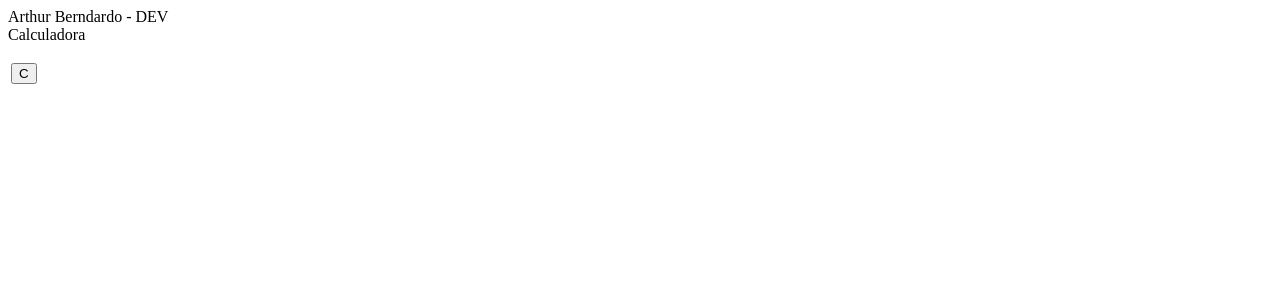
Repository: oThurDev/calculadora
Page: calculadora.html
These files come from the project's save history. The page is drawn as it stood at one moment and after the next save; the edit follows.
The browser window is 1280 px wide. The pictures show the whole page.

Above is the page before, as saved 2022-02-25 15:15:16.

After the next save:
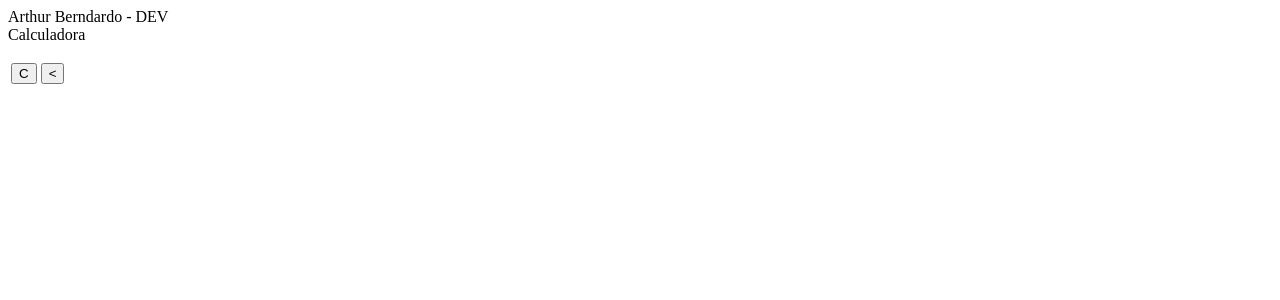
Saved 37 s later.
--- a/calculadora.html
+++ b/calculadora.html
@@ -14,6 +14,7 @@
             <table>
                 <tr>
                     <td><button>C</button></td>
+                    <td><button><</button></td>
                 </tr>
             </table>
         </div>
